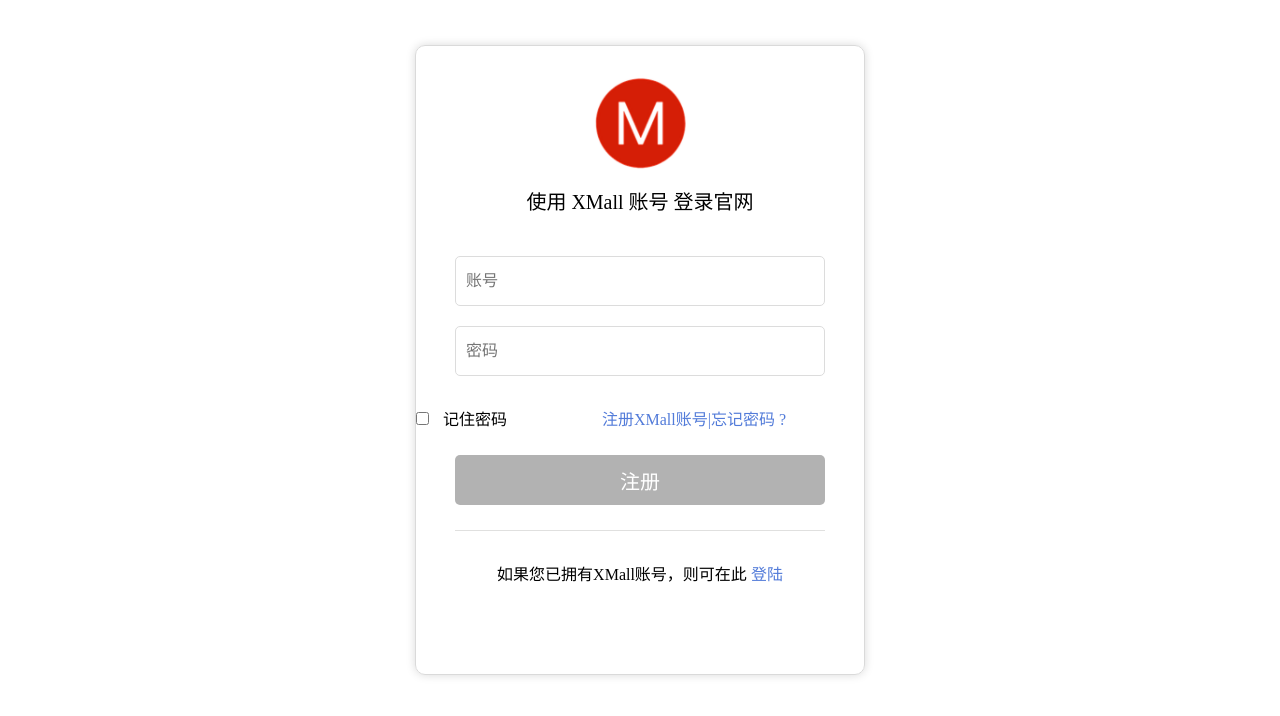
Repository: dingqihui1997/xmall-demo
Page: /signin
An editor plug-in stored every save of this project. The page is shown before and after the next save, followed by the edit.
The browser window is 1280 px wide. The pictures show the whole page.
The project was rebuilt for these pictures with package versions that can differ from the ones it lists, and the page was loaded fresh each time. Also part of the build but not shown: vue.config.js, src/views/Home.vue.

Above is the page before, as saved 2021-06-29 17:46:28.

After the next save:
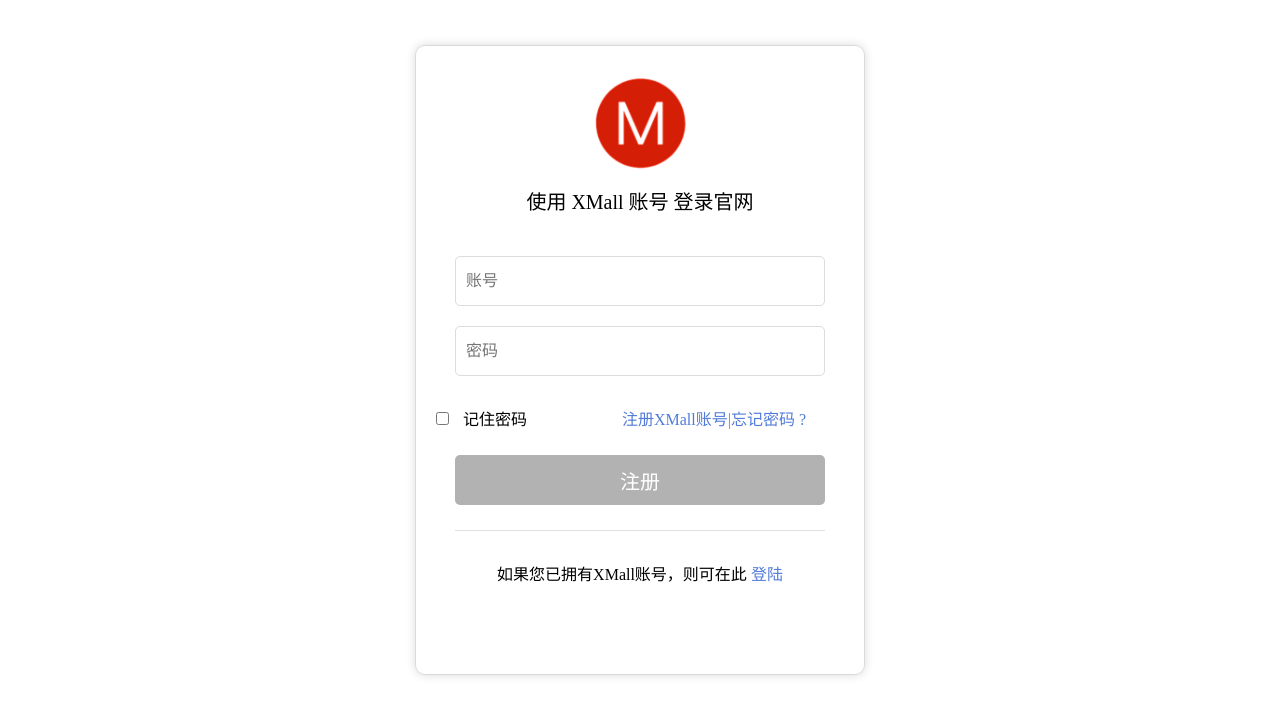
Saved 33 s later.
--- a/src/components/signin/Signin.vue
+++ b/src/components/signin/Signin.vue
@@ -19,7 +19,7 @@
           v-model="password"
         />
       </div>
-      <div class="flex-sb choice flex-ja">
+      <div class="flex-sb choice">
         <div>
           <input type="checkbox" class="inpt" v-model="checked" /> 记住密码
         </div>
@@ -157,6 +157,8 @@
 .choice {
   margin-top: 20px;
   width: 370px;
+  position: relative;
+  left: 20px;
 }
 .regis {
   padding: 0 35px;
